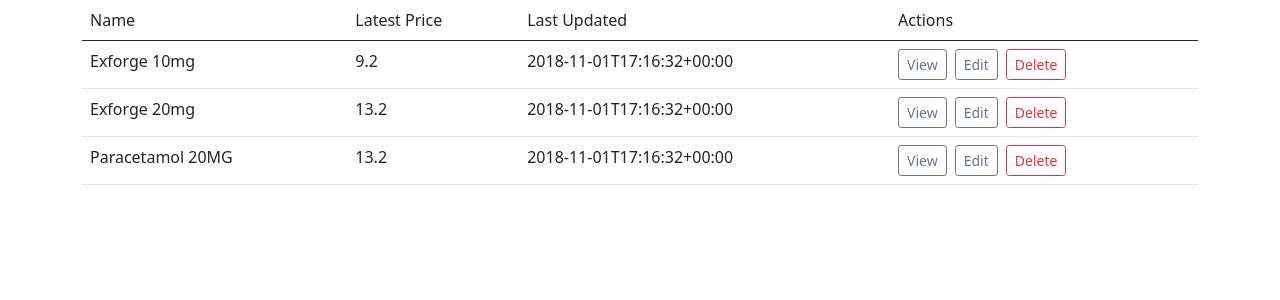
Repository: tHEO2k17/inventory-manager
Page: /
These files come from the project's save history. The page is drawn as it stood at one moment and after a run of saves; the edit follows.
The browser window is 1280 px wide. The pictures show the whole page.
The project was rebuilt for these pictures with package versions that can differ from the ones it lists, and the page was loaded fresh each time.

Above is the page before, as saved 2021-08-31 08:10:05.

After the next 4 saves:
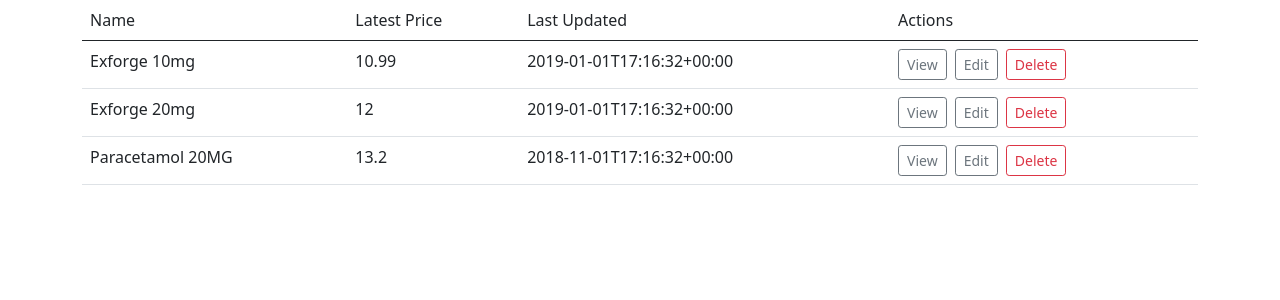
The 4 saves are shown as one change because 3 did not build or start.
The last was saved 6 min 39 s later.
--- a/src/presentation/components/Product.tsx
+++ b/src/presentation/components/Product.tsx
@@ -4,19 +4,7 @@
 const Product = ({ product }: ProductProps) => {
 
     const getLatestPriceInfo = (prices: any[]): any => {
-        let latest: any;
-        prices.filter(e => {
-            latest = e;
-
-            if(moment(latest.date).isAfter(e.date)){
-                latest = e;
-                return latest;
-            }
-
-            return latest;
-        });
-
-        return latest;
+        return prices.reduce((acc: any, value: any) => moment(acc.date).isAfter(value.date) ? acc : value);
     }
 
     console.log("product", product);
